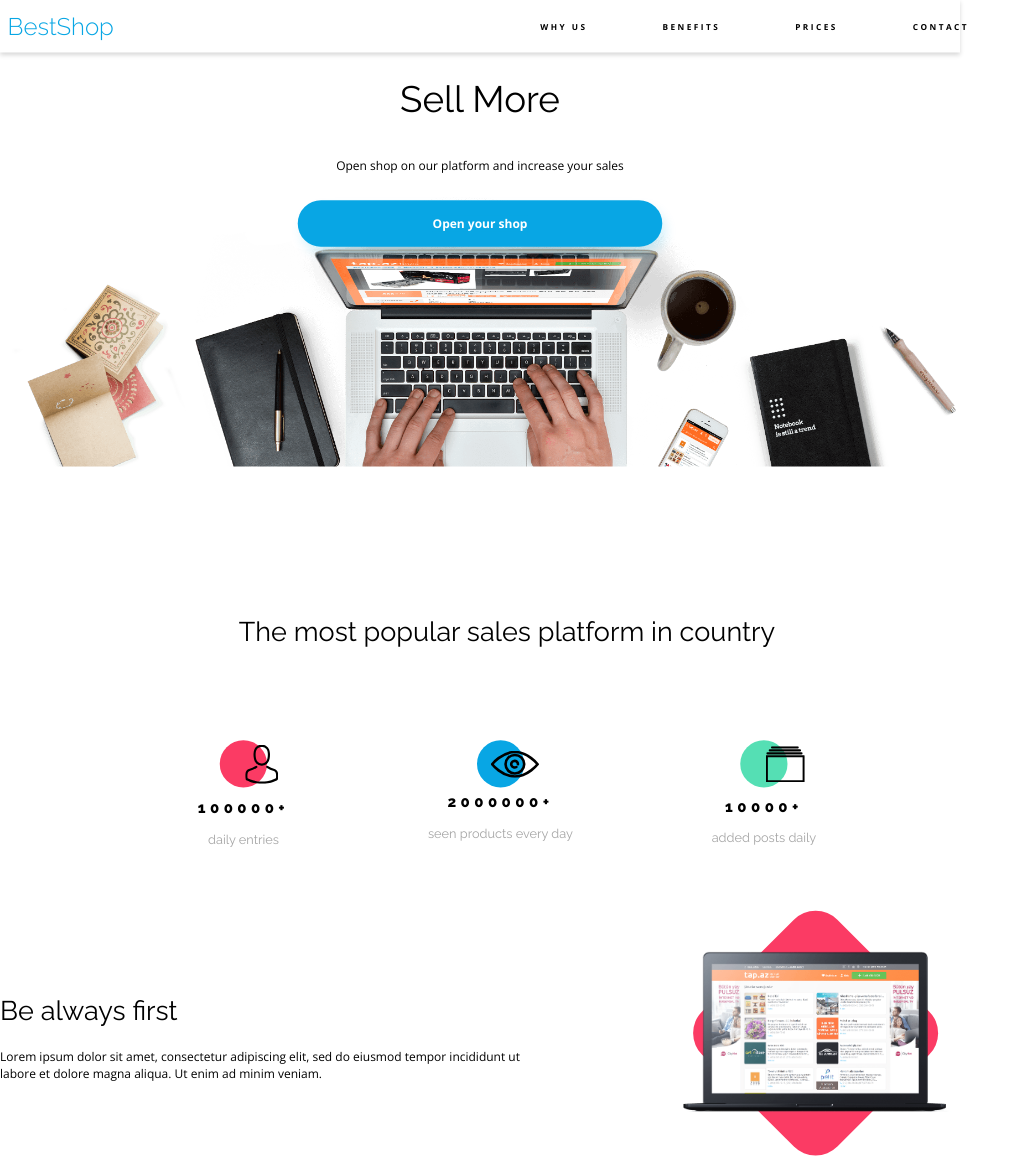
Repository: Widzisz/bestshop-website
Page: index.html
The author's editor kept a copy of each file at every save. The page is drawn from the files as they stood at one save, then again after the next save.
The browser window is 1280 px wide. The page is 1352 px wide, so the pictures cover 1352 px, including what lies to the right of the window. The pictures show the whole page, at 75% of full size.

Above is the page before, as saved 2021-03-19 20:43:26.

After the next save:
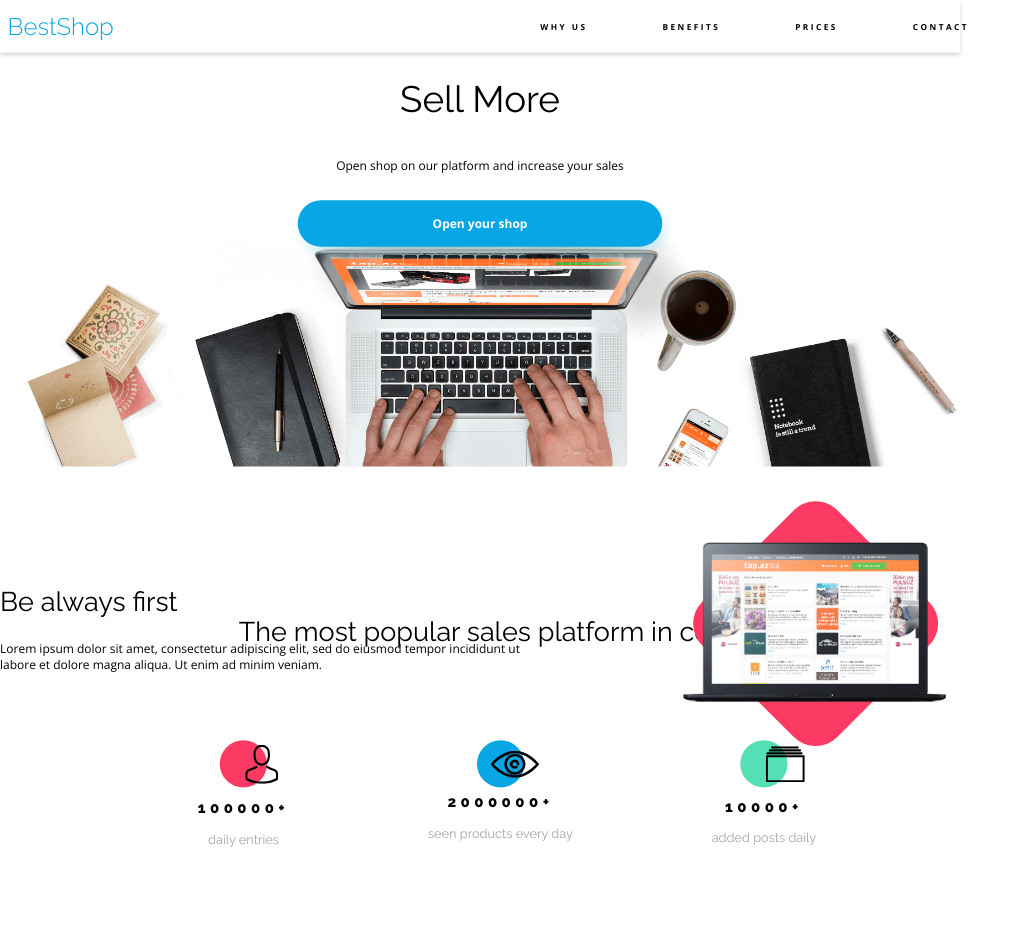
Saved 40 s later.
--- a/index.html
+++ b/index.html
@@ -15,7 +15,7 @@
 </head>
 
 <body>
-  <class class="hero">
+  <div class="hero">
     <!--!!! HEADER + NAV !!!-->
     <header class="header">
       <div class="container">
@@ -112,7 +112,7 @@
     </section>
 
     <!-- HERO -->
-
+  </div>
 
     <!--!!! SEKCJA TRZECIA !!!-->
 
@@ -140,12 +140,11 @@
           </div>
         </div>
 
-
       </div>
 
     </div>
 
-    </div>
+
 
 
 

After the 3 saves that followed:
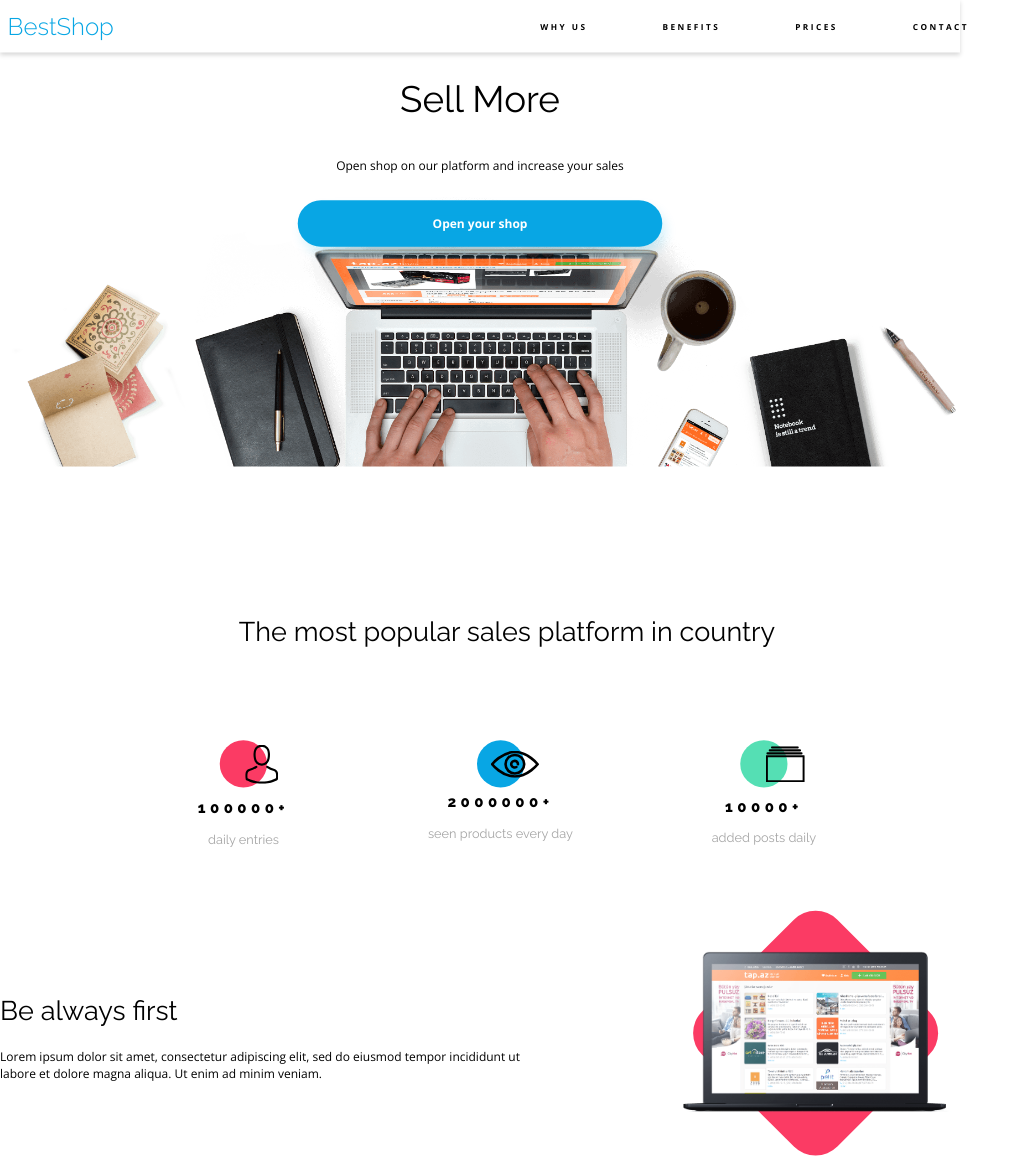
The 3 saves are shown as one change because 2 left the picture as it was.
The last was saved 71 s later.
--- a/index.html
+++ b/index.html
@@ -111,41 +111,41 @@
       </div>
     </section>
 
-    <!-- HERO -->
-  </div>
-
-    <!--!!! SEKCJA TRZECIA !!!-->
 
 
-    <div claa="hero-2">
 
-      <div class="promotion-1">
+  <!--!!! SEKCJA TRZECIA !!!-->
 
-        <div class="promotion__image-1">
-          <div class="promotion__picture">
-            <img src="images/macbook.png" alt="" class="promotion__picture-1">
-          </div>
-          <div class="promotion__image-figure-1">
-          </div>
+
+  <div claa="hero-2">
+
+    <div class="promotion-1">
+
+      <div class="promotion__image-1">
+        <div class="promotion__picture">
+          <img src="images/macbook.png" alt="" class="promotion__picture-1">
         </div>
-        <div class="text__rows">
-          <h2 class="text__rows-title">
-            Be always first
-          </h2>
-          <p class="text__rows-text">
-            Lorem ipsum dolor sit amet, consectetur adipiscing elit, sed do eiusmod tempor incididunt ut labore et
-            dolore magna aliqua. Ut enim ad minim veniam.
-          </p>
-          <div class="text__rows-underline-1">
-          </div>
+        <div class="promotion__image-figure-1">
         </div>
-
+      </div>
+      <div class="text__rows">
+        <h2 class="text__rows-title">
+          Be always first
+        </h2>
+        <p class="text__rows-text">
+          Lorem ipsum dolor sit amet, consectetur adipiscing elit, sed do eiusmod tempor incididunt ut labore et
+          dolore magna aliqua. Ut enim ad minim veniam.
+        </p>
+        <div class="text__rows-underline-1">
+        </div>
       </div>
 
     </div>
 
+  </div>
 
 
+</div>
 
 
 
--- a/css/style.css
+++ b/css/style.css
@@ -257,6 +257,7 @@ body {
 
 .hero-2 {
   width: 1124px;
+  height: 100vh;
   margin: 0 auto;
   padding-left: 10px;
   padding-right: 10px;
